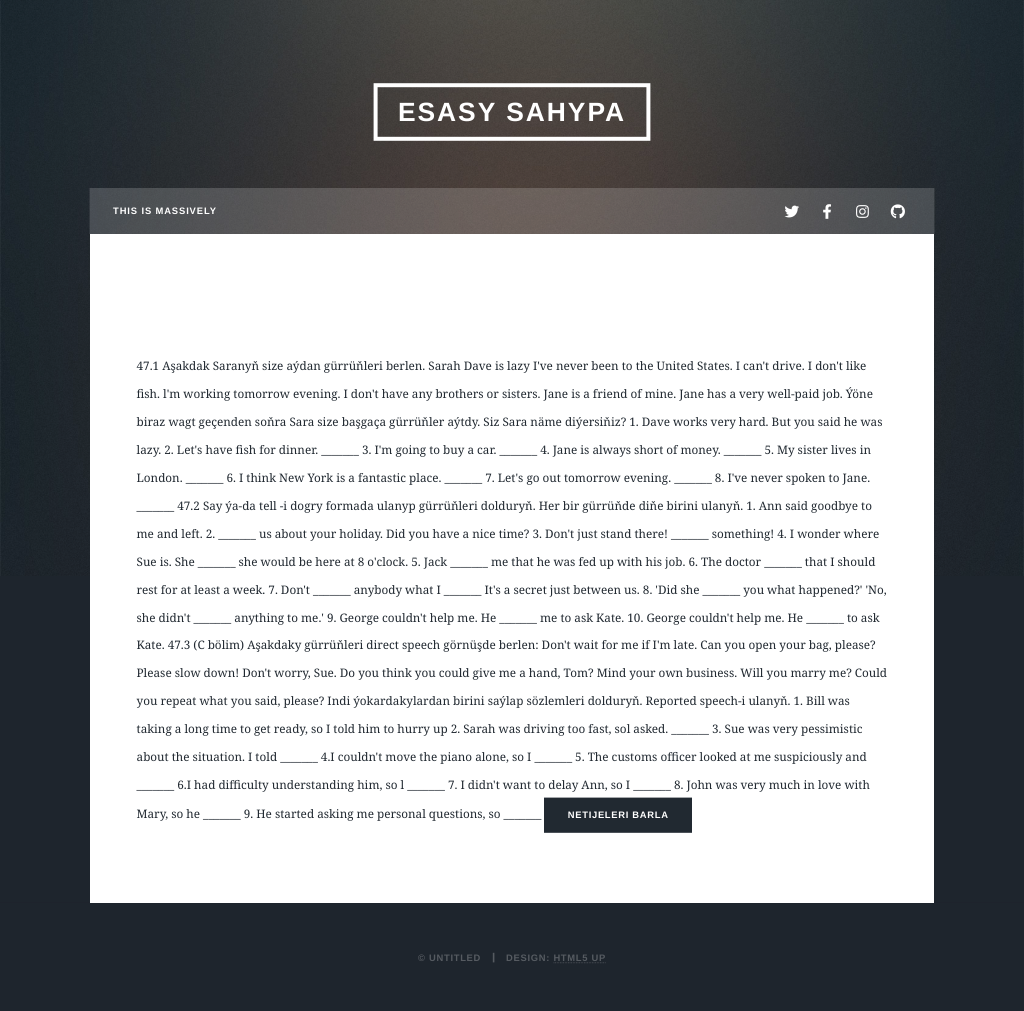
Repository: Sahet-dev/English-grammar-app
Page: test/test_unit _47.html
These files come from the project's save history. The page is drawn as it stood at one moment and after the next save; the edit follows.
The browser window is 1280 px wide. The pictures show the whole page, at 80% of full size.
Some web fonts or font styles are not loaded; a fallback is used.

Above is the page before, as saved 2022-06-24 15:19:08.

### test/test_unit _47.html
<!DOCTYPE HTML>
<!--
	Massively by HTML5 UP
	html5up.net | @ajlkn
	Free for personal and commercial use under the CCA 3.0 license (html5up.net/license)
-->
<html>
	<head>
		<title>Test </title>
		<meta charset="utf-8" />
		<meta name="viewport" content="width=device-width, initial-scale=1, user-scalable=no" />
		<link rel="stylesheet" href="../assets/css/test.css" />
		<noscript><link rel="stylesheet" href="../assets/css/noscript.css" /></noscript>
	</head>
	<body class="is-preload">

		<!-- Wrapper -->
			<div id="wrapper">

				<!-- Header -->
					<header id="header">
						<a href="index.html" class="logo">Esasy Sahypa</a>
					</header>

				<!-- Nav -->
					<nav id="nav">
						<ul class="links">
							<li><a href="units/.html">This is Massively</a></li>

						</ul>
						<ul class="icons">
							<li><a href="#" class="icon brands fa-twitter"><span class="label">Twitter</span></a></li>
							<li><a href="#" class="icon brands fa-facebook-f"><span class="label">Facebook</span></a></li>
							<li><a href="#" class="icon brands fa-instagram"><span class="label">Instagram</span></a></li>
							<li><a href="#" class="icon brands fa-github"><span class="label">GitHub</span></a></li>
						</ul>
					</nav>

				<!-- Main -->
					<div id="main">

						<!-- Post -->
							<section class="post">
								<header class="major">
									<h2>


									</h2>
								</header>

								<!-- Text stuff -->

									<p>
										<form action="results-unit-1.php" method="post">


														47.1
														Aşakdak Saranyň  size aýdan gürrüňleri berlen.

														Sarah

														Dave is lazy

														I've never been to the United States.

														I can't drive. I don't like fish.

														l'm working tomorrow evening.

														I don't have any brothers or sisters.

														Jane is a friend of mine.


														Jane has a very well-paid job.

														Ýöne biraz wagt geçenden soňra Sara size başgaça gürrüňler aýtdy. Siz Sara näme diýersiňiz?

														1. Dave works very hard. But you said he was lazy.

														2. Let's have fish for dinner.    _______

														3. I'm going to buy a car.    _______

														4. Jane is always short of money.    _______

														5. My sister lives in London.    _______

														6. I think New York is a fantastic place.    _______

														7. Let's go out tomorrow evening.    _______

														8. I've never spoken to Jane.    _______

														47.2

														Say ýa-da  tell -i dogry formada ulanyp gürrüňleri dolduryň. Her bir gürrüňde diňe birini ulanyň.

														1. Ann said goodbye to me and left.

														2.    _______   us about your holiday. Did you have a nice time?


														3. Don't just stand there!    _______   something!

														4. I wonder where Sue is. She   _______   she would be here at 8 o'clock.

														5. Jack     _______   me that he was fed up with his job.

														6. The doctor     _______    that I should rest for at least a week.

														7. Don't      _______     anybody what I     _______     It's a secret just between us.

														8. 'Did she     _______     you what happened?' 'No, she didn't     _______     anything to me.'

														9. George couldn't help me. He      _______   me to ask Kate.

														10. George couldn't help me. He     _______     to ask
														Kate.

														47.3

														(C bölim) Aşakdaky gürrüňleri direct speech görnüşde berlen:

														Don't wait for me if I'm late.
														Can you open your bag, please?
														Please slow down!
														 Don't worry, Sue.
														Do you think you could give me a hand, Tom?
														Mind your own business.
														Will you marry me?
														Could you repeat what you said, please?

														Indi ýokardakylardan birini saýlap sözlemleri dolduryň. Reported speech-i ulanyň.

														1. Bill was taking a long time to get ready, so I told him to hurry up

														2. Sarah was driving too fast, sol asked.     _______

														3. Sue was very pessimistic about the situation. I told      _______

														4.I couldn't move the piano alone, so I     _______

														5. The customs officer looked at me suspiciously and      _______

														6.I had difficulty understanding him, so l     _______

														7. I didn't want to delay Ann, so I      _______

														8. John was very much in love with Mary, so he     _______

														9. He started asking me personal questions, so     _______

											        <button class="button primary" type="submit">Netijeleri barla</button>
										</form>



									</p>


							</section>

					</div>


				<!-- Copyright -->
					<div id="copyright">
						<ul><li>&copy; Untitled</li><li>Design: <a href="https://html5up.net">HTML5 UP</a></li></ul>
					</div>

			</div>

		<!-- Scripts -->
			<script src="assets/js/jquery.min.js"></script>
			<script src="assets/js/jquery.scrollex.min.js"></script>
			<script src="assets/js/jquery.scrolly.min.js"></script>
			<script src="assets/js/browser.min.js"></script>
			<script src="assets/js/breakpoints.min.js"></script>
			<script src="assets/js/util.js"></script>
			<script src="assets/js/main.js"></script>

	</body>
</html>

Loaded but not shown: assets/js/jquery.min.js (library); assets/js/jquery.scrollex.min.js (common file); assets/js/jquery.scrolly.min.js (common file); assets/js/browser.min.js (common file); assets/js/breakpoints.min.js (common file); assets/css/fontawesome-all.min.css (library); assets/js/util.js (587 lines, source omitted); assets/js/main.js (258 lines, source omitted); assets/css/test.css (4689 lines, source omitted)

After the next save:
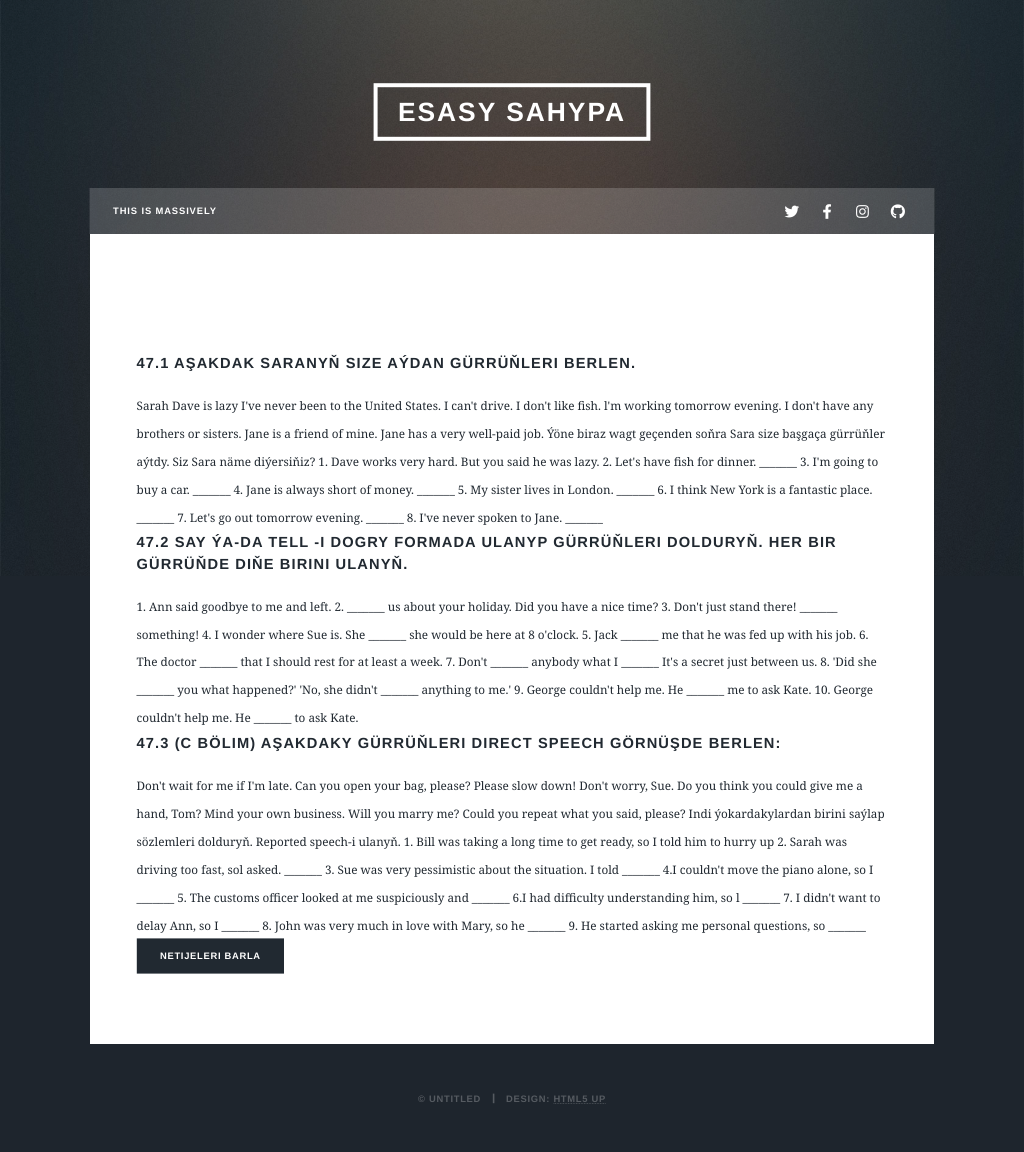
Saved 36 s later.
--- a/test/test_unit _47.html
+++ b/test/test_unit _47.html
@@ -54,8 +54,8 @@
 										<form action="results-unit-1.php" method="post">
 
 
-														47.1
-														Aşakdak Saranyň  size aýdan gürrüňleri berlen.
+										<h3>47.1
+														Aşakdak Saranyň  size aýdan gürrüňleri berlen.</h3>
 
 														Sarah
 
@@ -92,10 +92,10 @@
 
 														8. I've never spoken to Jane.    _______
 
-														47.2
+													<h3>47.2
 
 														Say ýa-da  tell -i dogry formada ulanyp gürrüňleri dolduryň. Her bir gürrüňde diňe birini ulanyň.
-
+													</h3>
 														1. Ann said goodbye to me and left.
 
 														2.    _______   us about your holiday. Did you have a nice time?
@@ -118,9 +118,9 @@
 														10. George couldn't help me. He     _______     to ask
 														Kate.
 
-														47.3
+													<h3>47.3
 
-														(C bölim) Aşakdaky gürrüňleri direct speech görnüşde berlen:
+														(C bölim) Aşakdaky gürrüňleri direct speech görnüşde berlen:</h3>
 
 														Don't wait for me if I'm late.
 														Can you open your bag, please?
